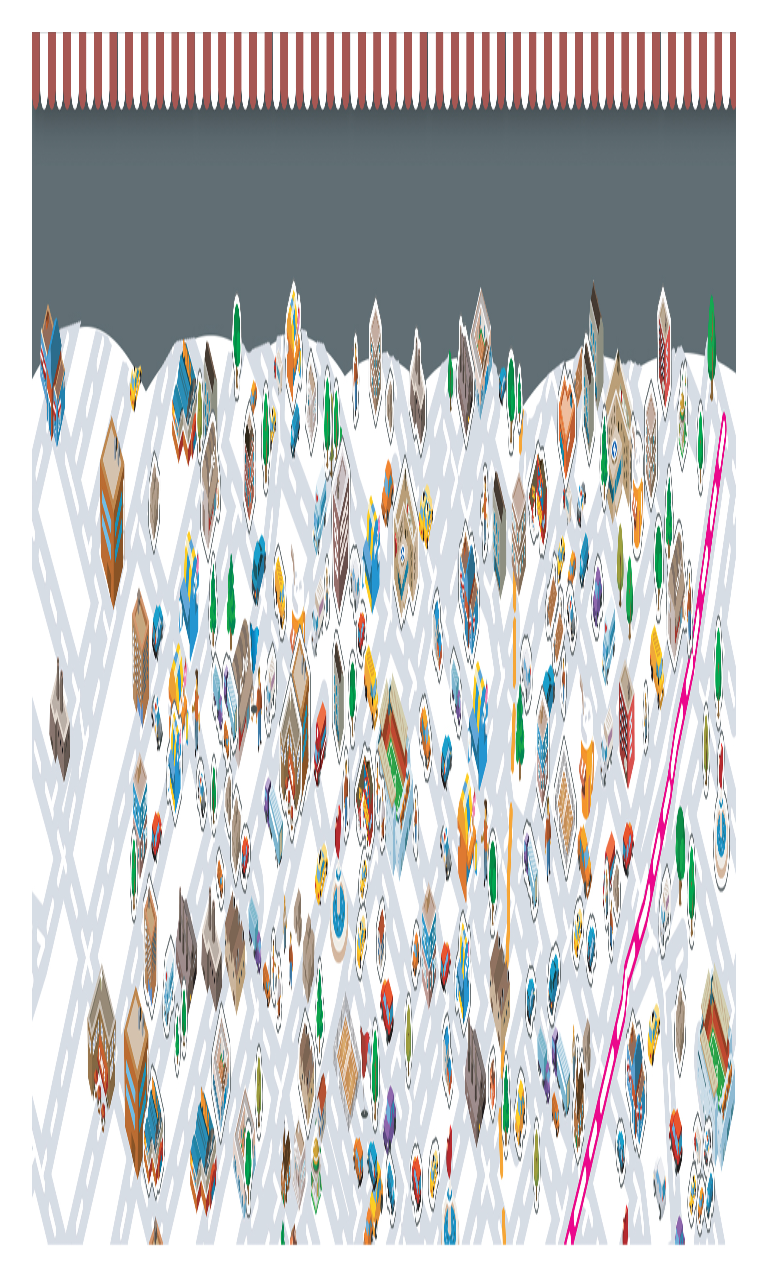
Repository: ahmeda8/playable
Layout: Playable/res/layout/activity_main.xml
These files come from the project's save history. The layout is drawn as it stood at one moment and after the next save; the edit follows.
It is drawn on a 768 x 1280 px phone screen (xhdpi) without system bars, with theme AppTheme; the app's code is not run.

Above is the layout before, as saved 2013-07-20 19:47:57.

After the next save:
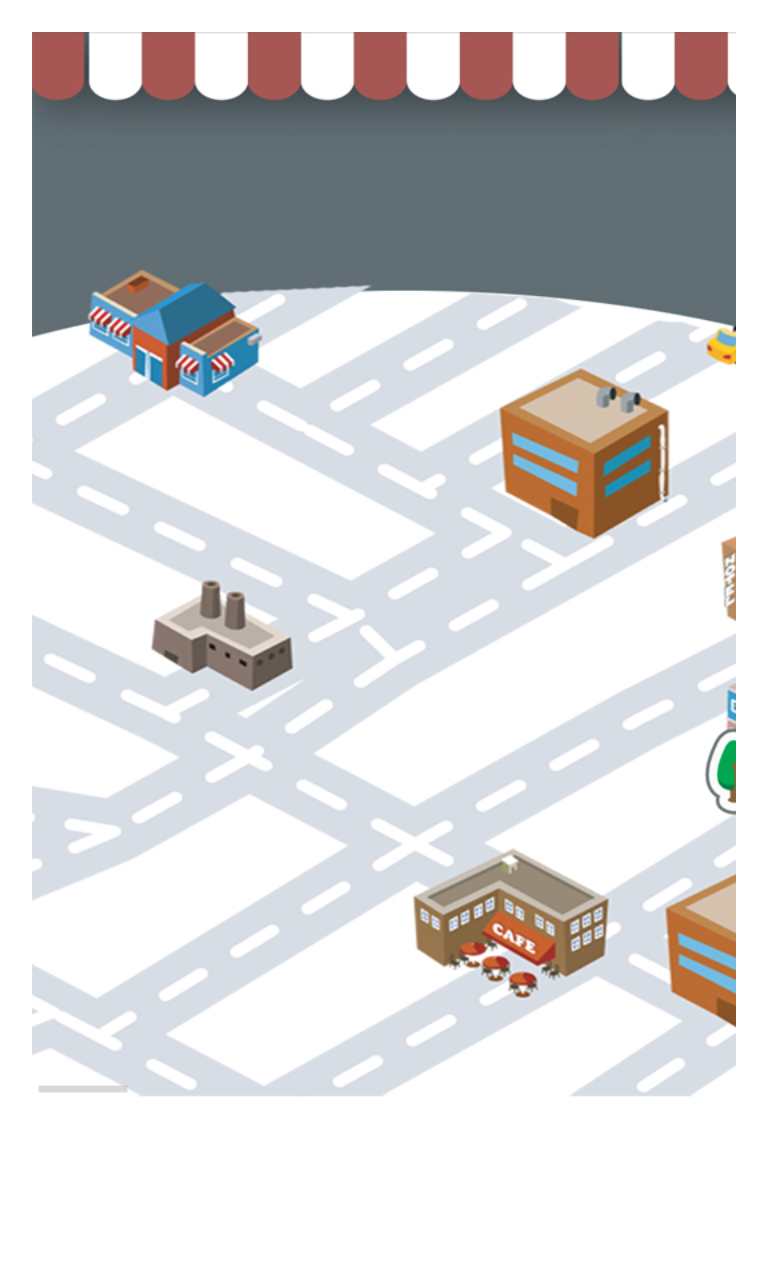
Saved 3 min 18 s later.
--- a/Playable/res/layout/activity_main.xml
+++ b/Playable/res/layout/activity_main.xml
@@ -18,7 +18,16 @@
         android:layout_marginTop="0dp"
         android:orientation="vertical" >
 
-        <ImageView
+        <HorizontalScrollView
+            android:id="@+id/horizontalScrollView1"
+            android:layout_width="wrap_content"
+            android:layout_height="wrap_content" >
+
+            <LinearLayout
+                android:layout_width="match_parent"
+                android:layout_height="match_parent"
+                android:orientation="horizontal" >
+                <ImageView
             android:id="@+id/imageView1"
             android:layout_width="match_parent"
             android:layout_height="match_parent"
@@ -28,6 +37,10 @@
             android:layout_marginTop="0dp"
             android:scaleType="fitXY"
             android:src="@drawable/map" />
+            </LinearLayout>
+        </HorizontalScrollView>
+
+
 
     </LinearLayout>
 </RelativeLayout>
